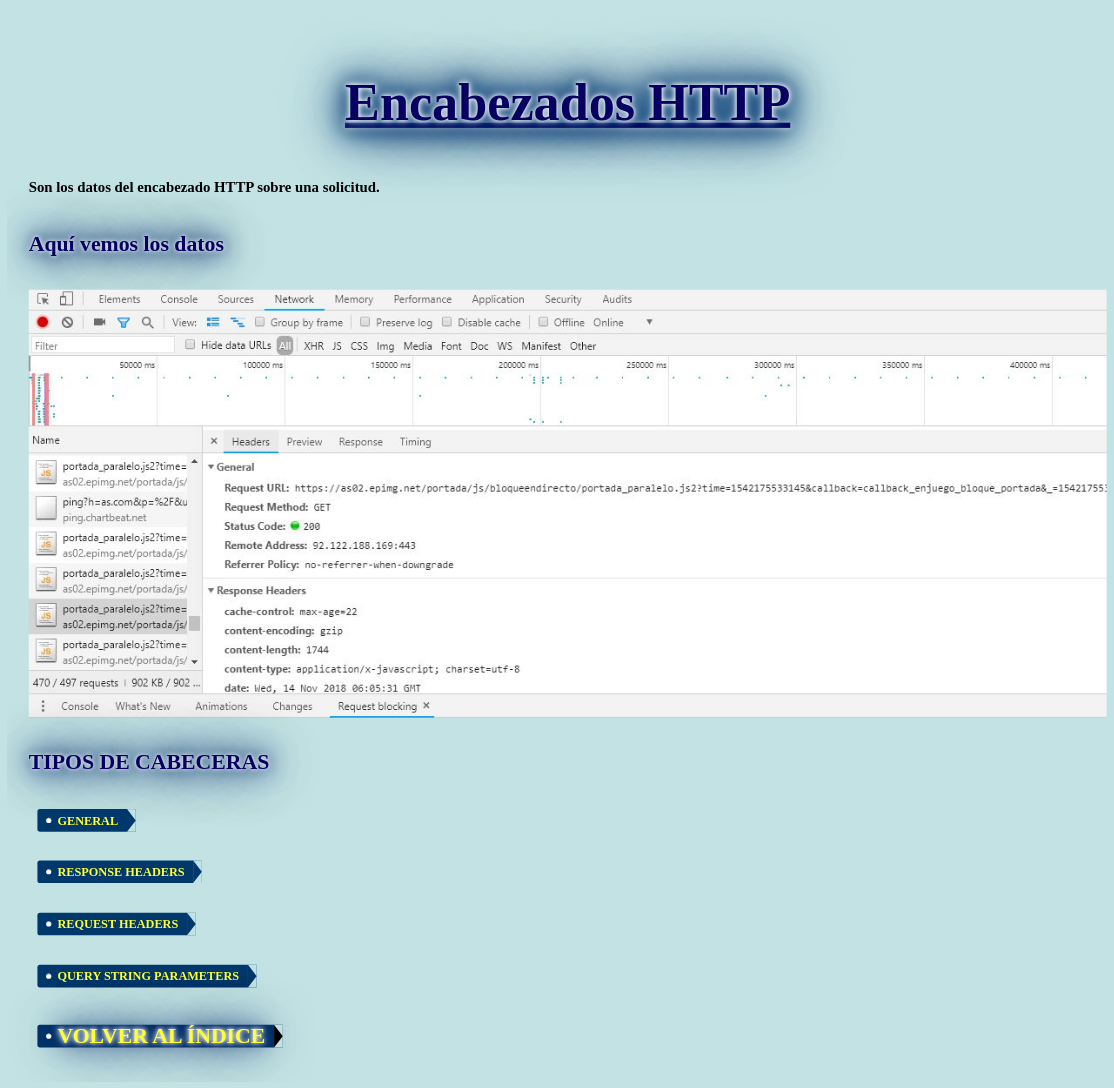
Repository: VictorinoBF97/HerramientasDesarollo
Page: headers.html
An editor plug-in stored every save of this project. The page is shown before and after a run of saves, followed by the edit.
The browser window is 1280 px wide. The pictures show the whole page, at 87% of full size.

Above is the page before, as saved 2018-12-09 09:20:12.
Not found: main.js

### headers.html
<!DOCTYPE html>
<html>
<head>
    <meta charset="utf-8" />
    <meta http-equiv="X-UA-Compatible" content="IE=edge">
    <title>Encabezados HTTP</title>
    <meta name="viewport" content="width=device-width, initial-scale=1">
    <link rel="stylesheet" type="text/css" media="screen" href="./css/styles.css" />
    <script src="main.js"></script>
    <link href="./iconoPestaña/images/iconoPestaña.png" rel="shortcut icon" type="image/x-icon" />
</head>
<body>
        <h1><u>Encabezados HTTP</u></h1>
        <p>Son los datos del encabezado HTTP sobre una solicitud.</p>
            <h4>Aquí vemos los datos</h4>
                <img src="./images/encabezado.JPG" />
        <h3>TIPOS DE CABECERAS</h3>
            <h5><a href="general.html">GENERAL</a></h5>
            <h5><a href="responseHeaders.html">RESPONSE HEADERS</a></h5>
            <h5><a href="requestHeaders.html">REQUEST HEADERS</a></h5>
            <h5><a href="queryStringParameters.html">QUERY STRING PARAMETERS</a></h5>



        <h4><a href="indice.html" target="_self" class="volver">VOLVER AL ÍNDICE</a></h4>
</body>
</html>

### css/styles.css
@charset "UTF-8";
html {
  background-color: #c2e2e4;
  overflow: auto;
  overflow-x: scroll; }

.titulo {
  text-shadow: 0px 0px 5px #989993;
  border: 10px ridge #1E90FF;
  width: 75%; }

h1 {
  font-size: 60px;
  font-family: 'Futura';
  color: #070061;
  text-shadow: 0 0 5px #fff, 0 0 10px #fff, 0 0 20px #033a75, 0 0 30px #033a75, 0 0 40px #033a75, 0 0 55px #033a75, 0 0 75px #033a75;
  text-align: center; }

h2, h3, h4 {
  font-size: 25px;
  font-family: 'Futura';
  color: #070061;
  text-shadow: 0 0 5px #fff, 0 0 10px #fff, 0 0 20px #033a75, 0 0 30px #033a75, 0 0 10px #033a75, 0 0 55px #033a75, 0 0 75px #033a75; }

body {
  font: 17px/1.5 'PT Sans', serif;
  font-weight: bold;
  overflow: hidden;
  padding-left: 25px;
  padding-top: 25px; }

.indice {
  font-size: 125%; }

a {
  background: rgb(1, 56, 107);
  border-radius: 3px 0 0 3px;
  color: #ffff33;
  display: inline-block;
  height: 26px;
  line-height: 26px;
  padding: 0 20px 0 23px;
  position: relative;
  margin: 10px 10px 0;
  text-decoration: none;
  -webkit-transition: color 0.2s; }

a::before {
  background: #fff;
  border-radius: 10px;
  box-shadow: inset 0 1px rgba(0, 0, 0, 0.25);
  content: '';
  height: 6px;
  left: 10px;
  position: absolute;
  width: 6px;
  top: 10px; }

a::after {
  background: #c2e2e4;
  border-bottom: 13px solid transparent;
  border-left: 10px solid rgb(1, 56, 107);
  border-top: 13px solid transparent;
  content: '';
  position: absolute;
  right: 0;
  top: 0; }

a:hover {
  background-color: rgb(220,20,60);
  color: #ffffff; }

a:hover::after {
  border-left-color: rgb(220,20,60); }

/* VOLVER AL ├ìNDICE */
.volver::after {
  background: #c2e2e4;
  border-bottom: 13px solid transparent;
  border-left: 10px solid black;
  border-top: 13px solid transparent;
  content: '';
  position: absolute;
  right: 0;
  top: 0; }

.volver:hover {
  background-color: rgb(220,20,60);
  color: #ffffff; }

.volver:hover::after {
  border-right-color: rgb(220,20,60); }

/*# sourceMappingURL=styles.css.map */

After the next 3 saves:
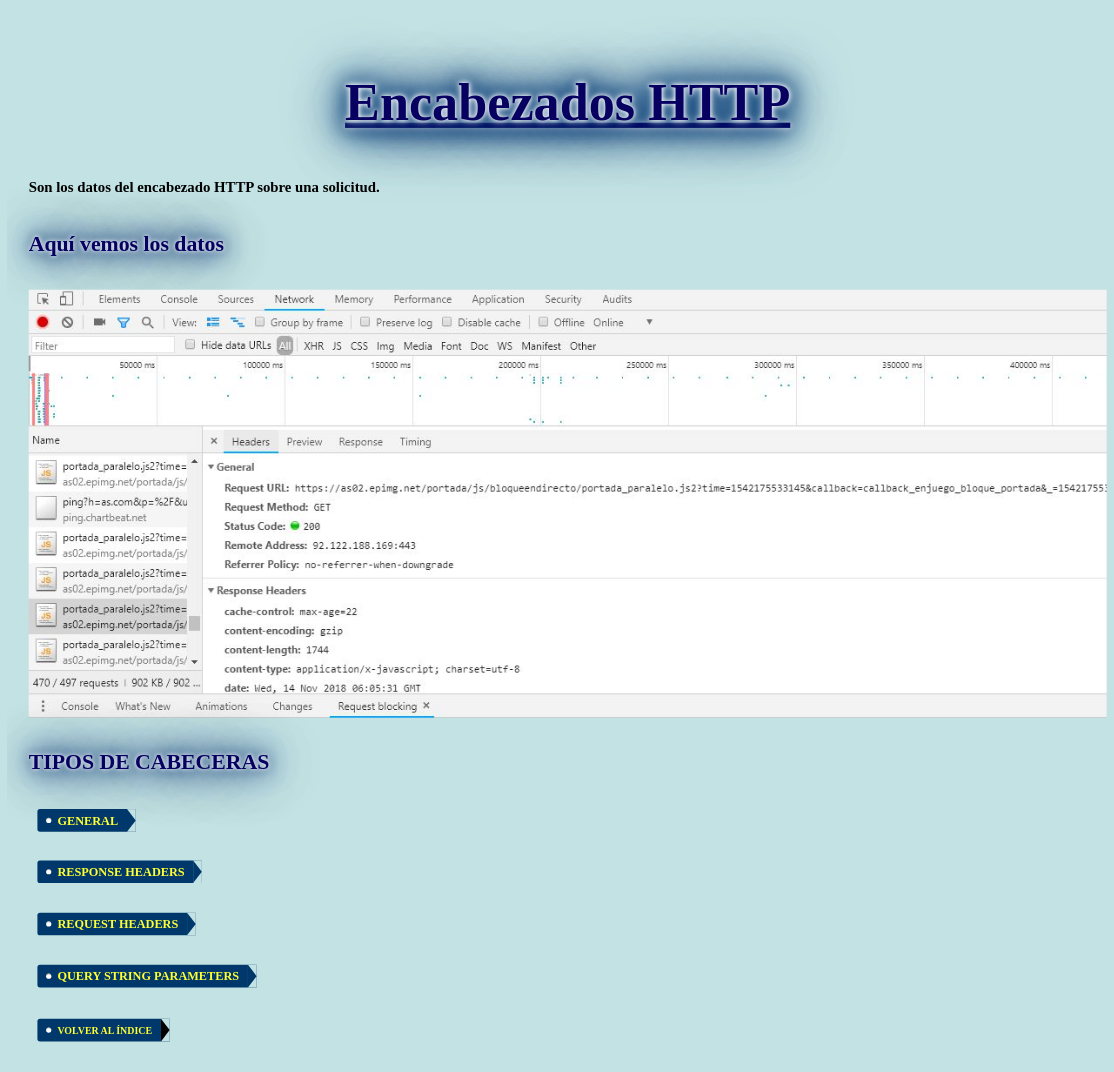
The 3 saves are shown as one change because they came seconds apart.
The last was saved 11 s later.
--- a/headers.html
+++ b/headers.html
@@ -22,6 +22,6 @@
 
 
 
-        <h4><a href="indice.html" target="_self" class="volver">VOLVER AL ÍNDICE</a></h4>
+        <h6><a href="indice.html" target="_self" class="volver">VOLVER AL ÍNDICE</a></h6>
 </body>
 </html>
